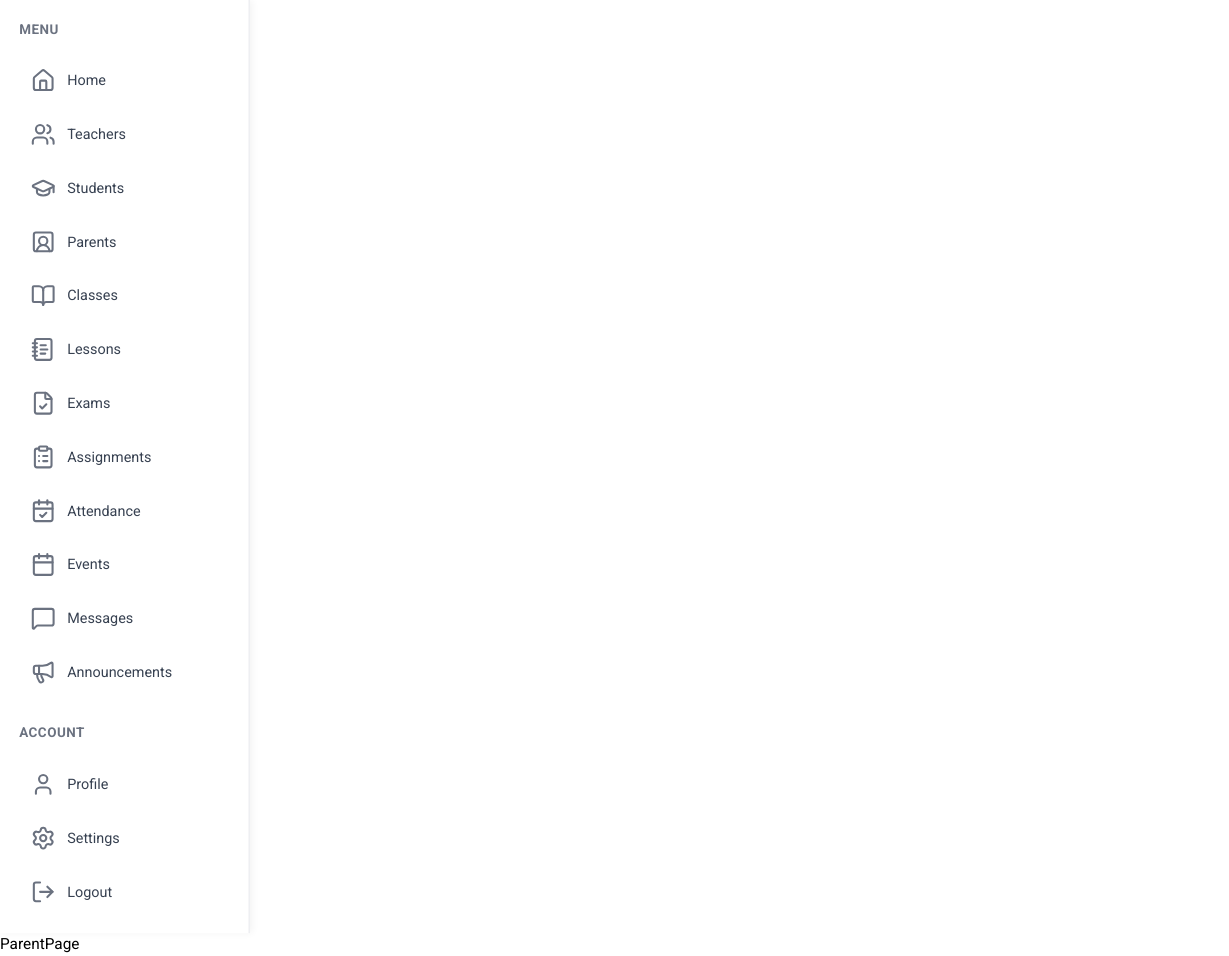
Repository: GlorifiedIntel/student-portal
Page: /parent
These files come from the project's save history. The page is drawn as it stood at one moment and after the next save; the edit follows.
The browser window is 1280 px wide. The pictures show the whole page, at 96% of full size.
The project was rebuilt for these pictures with package versions that can differ from the ones it lists, and the page was loaded fresh each time. The framework's server and built-in components were replaced by stand-ins that run in the browser. Also part of the build but not shown: next.config.mjs, src/app/(dashboard)/Layout.module.css.

Above is the page before, as saved 2025-08-21 12:46:00.

### src/app/layout.js
import { Play, Poppins, Roboto } from "next/font/google";
import "./globals.css";

const play = Play({
  variable: "--font-play",
  subsets: ["latin"],
  weight: ["400", "700"], // available weights
});

const poppins = Poppins({
  variable: "--font-poppins",
  subsets: ["latin"],
  weight: ["100", "200", "300", "400", "500", "600", "700", "800", "900"],
});

const roboto = Roboto({
  variable: "--font-roboto",
  subsets: ["latin"],
  weight: ["100", "300", "400", "500", "700", "900"],
});

export const metadata = {
  title: "Create Next App",
  description: "Generated by create next app",
};

export default function RootLayout({ children }) {
  return (
    <html lang="en">
      <body className={`${roboto.variable} ${poppins.variable} ${play.variable} antialiased`}>
       {children}
      </body>
    </html>
  );
}

### src/app/(dashboard)/layout.jsx
import Menu from "@/components/Menu";
import "./Layout.module.css";

export default function DashboardLayout({ children }) {
  return (
    <div className="dashboard-layout">
      <Menu />
      <main className="dashboard-content">{children}</main>
    </div>
  );
}

### src/app/(dashboard)/parent/page.jsx
import React from 'react'

const ParentPage = () => {
  return (
    <div>ParentPage</div>
  )
}

export default ParentPage

### src/app/globals.css
@import "tailwindcss";


html, body {
  height: 100%;
  margin: 0;
  padding: 0;
   font-family: var(--font-roboto), sans-serif;
}

h1, h2, h3 {
  font-family: var(--font-poppins), sans-serif;
}

.special-text {
  font-family: var(--font-play), serif;
}


#__next, #root {
  height: 100%;
}

### src/components/Menu.jsx
"use client";

import Link from "next/link";
import {
  Home,
  Users,
  GraduationCap,
  UserSquare2,
  BookOpen,
  NotebookText,
  FileCheck,
  ClipboardList,
  CalendarCheck,
  Calendar,
  MessageSquare,
  Megaphone,
  User,
  Settings,
  LogOut,
} from "lucide-react";
import styles from "./Menu.module.css";  // ✅ Corrected import

const menuItems = [
  {
    title: "MENU",
    items: [
      { icon: Home, label: "Home", href: "/" },
      { icon: Users, label: "Teachers", href: "/teachers" },
      { icon: GraduationCap, label: "Students", href: "/students" },
      { icon: UserSquare2, label: "Parents", href: "/parents" },
      { icon: BookOpen, label: "Classes", href: "/classes" },
      { icon: NotebookText, label: "Lessons", href: "/lessons" },
      { icon: FileCheck, label: "Exams", href: "/exams" },
      { icon: ClipboardList, label: "Assignments", href: "/assignments" },
      { icon: CalendarCheck, label: "Attendance", href: "/attendance" },
      { icon: Calendar, label: "Events", href: "/events" },
      { icon: MessageSquare, label: "Messages", href: "/messages" },
      { icon: Megaphone, label: "Announcements", href: "/announcements" },
    ],
  },
  {
    title: "ACCOUNT",
    items: [
      { icon: User, label: "Profile", href: "/profile" },
      { icon: Settings, label: "Settings", href: "/settings" },
      { icon: LogOut, label: "Logout", href: "/logout" },
    ],
  },
];

const Menu = () => {
  return (
    <div className={styles.menu}>
      {menuItems.map((section) => (
        <div className={styles["menu-section"]} key={section.title}>
          <span className={styles["menu-title"]}>{section.title}</span>
          {section.items.map((item) => (
            <Link href={item.href} key={item.label} className={styles["menu-link"]}>
              <item.icon size={26} className={styles["menu-icon"]} />
              <span>{item.label}</span>
            </Link>
          ))}
        </div>
      ))}
    </div>
  );
};

export default Menu;

### src/components/Menu.module.css
.menu {
  width: 260px;
  background-color: #ffffff;
  border-right: 1px solid #e5e7eb;
  padding: 20px;
  display: flex;
  flex-direction: column;
  gap: 30px;
  min-height: 100vh;
  box-shadow: 2px 0 8px rgba(0, 0, 0, 0.05);
  transition: all 0.3s ease-in-out;
}

.menu-section {
  display: flex;
  flex-direction: column;
  gap: 10px;
}

.menu-title {
  font-size: 14px;
  font-weight: 600;
  color: #6b7280;
  text-transform: uppercase;
  margin-bottom: 10px;
  letter-spacing: 0.5px;
}

.menu-link {
  display: flex;
  align-items: center;
  gap: 12px;
  padding: 10px 12px;
  text-decoration: none;
  color: #374151;
  font-size: 15px;
  border-radius: 8px;
  transition: background 0.2s ease, color 0.2s ease;
}

.menu-link:hover {
  background-color: #f3f4f6;
  color: #1f2937;
}

.menu-icon {
  color: #6b7280;
  transition: color 0.2s ease;
}

.menu-link:hover .menu-icon {
  color: #2563eb;
}

.menu-link span {
  flex: 1;
}

/* Active link style (optional) */
.menu-link.active {
  background-color: #e0e7ff;
  color: #1e3a8a;
}

.menu-link.active .menu-icon {
  color: #1e3a8a;
}

/* Responsive sidebar */
@media (max-width: 768px) {
  .menu {
    width: 100%;
    flex-direction: row;
    min-height: auto;
    border-right: none;
    border-bottom: 1px solid #e5e7eb;
    padding: 10px;
    gap: 20px;
    overflow-x: auto;
  }

  .menu-section {
    flex-direction: row;
    gap: 20px;
  }

  .menu-title {
    display: none;
  }

  .menu-link span {
    display: none;
  }

  .menu-link {
    padding: 8px;
    justify-content: center;
  }
}

After the next save:
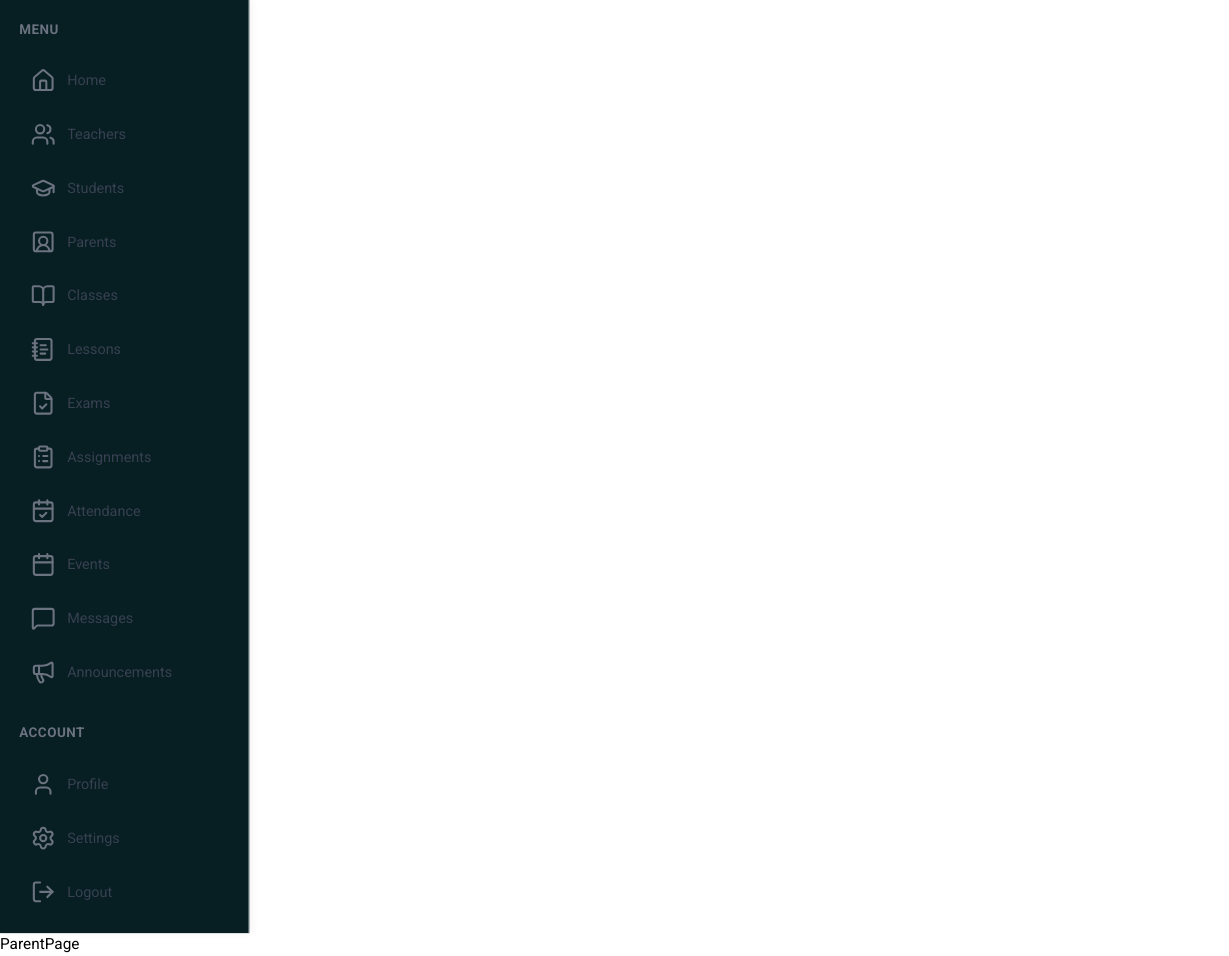
Saved 3 min 11 s later.
--- a/src/components/Menu.module.css
+++ b/src/components/Menu.module.css
@@ -1,6 +1,6 @@
 .menu {
   width: 260px;
-  background-color: #ffffff;
+  background-color: #071E22;
   border-right: 1px solid #e5e7eb;
   padding: 20px;
   display: flex;
